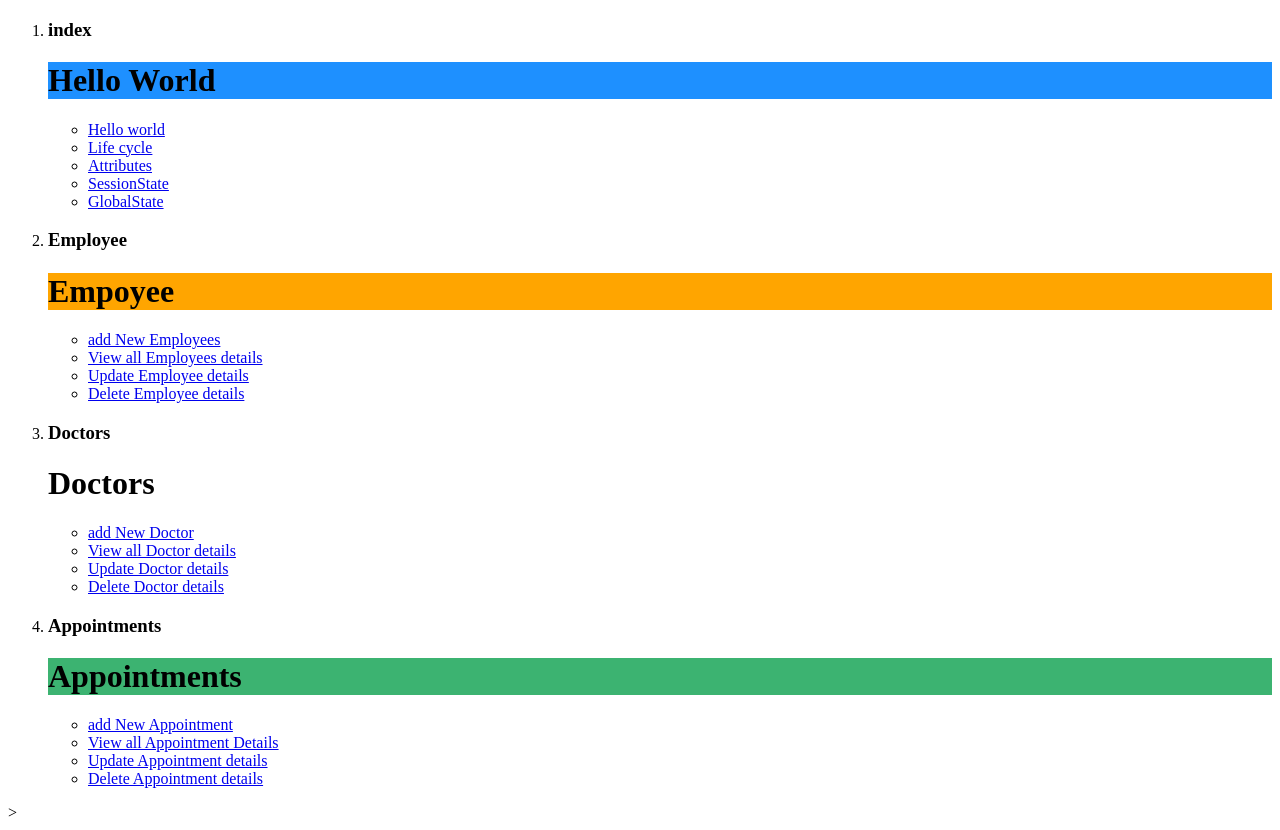
Repository: rameshraj97/Core-java
Page: firstWebsite/src/main/webapp/Index1.html
The author's editor kept a copy of each file at every save. The page is drawn from the files as they stood at one save, then again after the next save.
The browser window is 1280 px wide. The pictures show the whole page.

Above is the page before, as saved 2022-05-23 11:57:24.

After the next save:
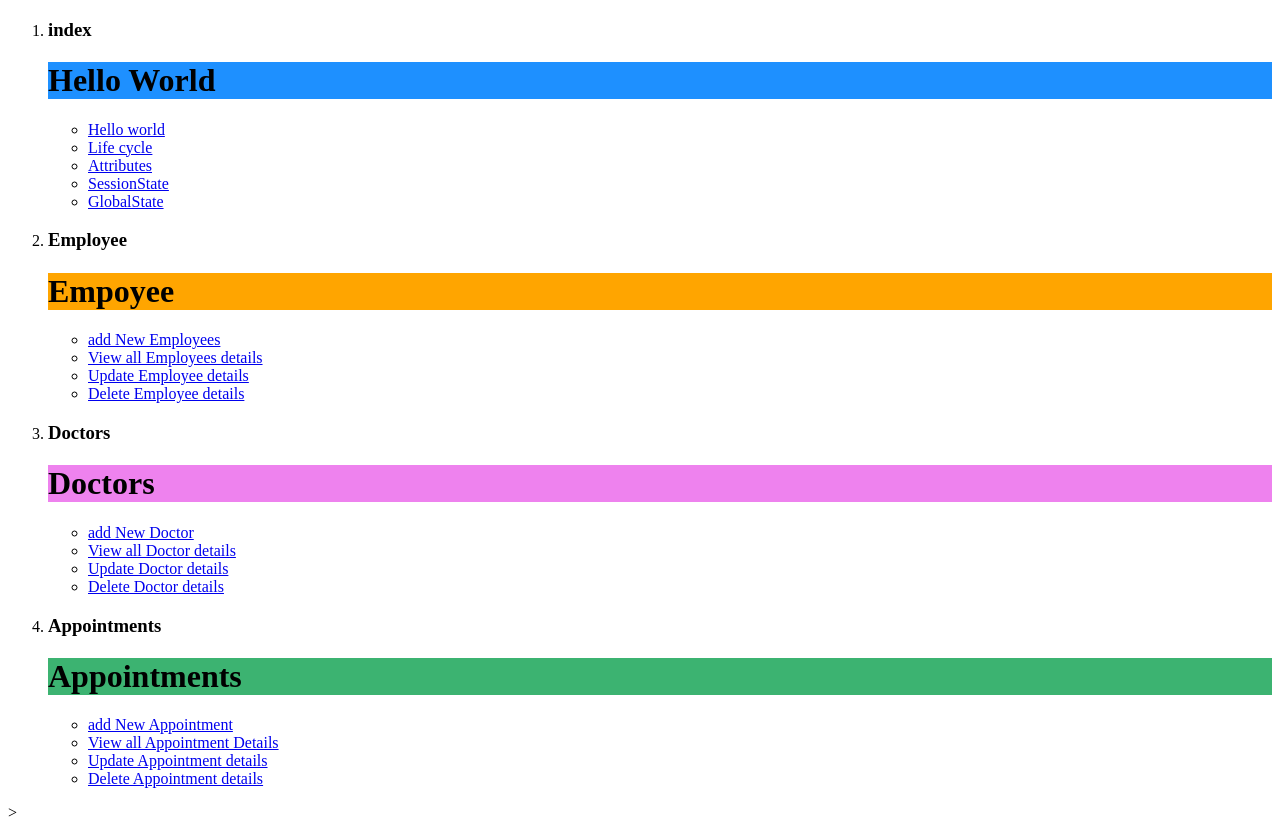
Saved 2 min 10 s later.
--- a/firstWebsite/src/main/webapp/Index1.html
+++ b/firstWebsite/src/main/webapp/Index1.html
@@ -26,7 +26,7 @@
          <li><a href="/firstWebsite/DeleteEmployeeDetails.html">Delete Employee details</a></li>
          </ul>
    <li><h3>Doctors</h3></li>
-       <h1 style="background-color:Voilet;">Doctors</h1>
+       <h1 style="background-color:Violet;">Doctors</h1>
          <ul>
          <li><a href="/firstWebsite/AddDoctor.html">add New Doctor</a></li>
          <li><a href="/firstWebsite/GetAllDoctors.html">View all Doctor details</a></li>
